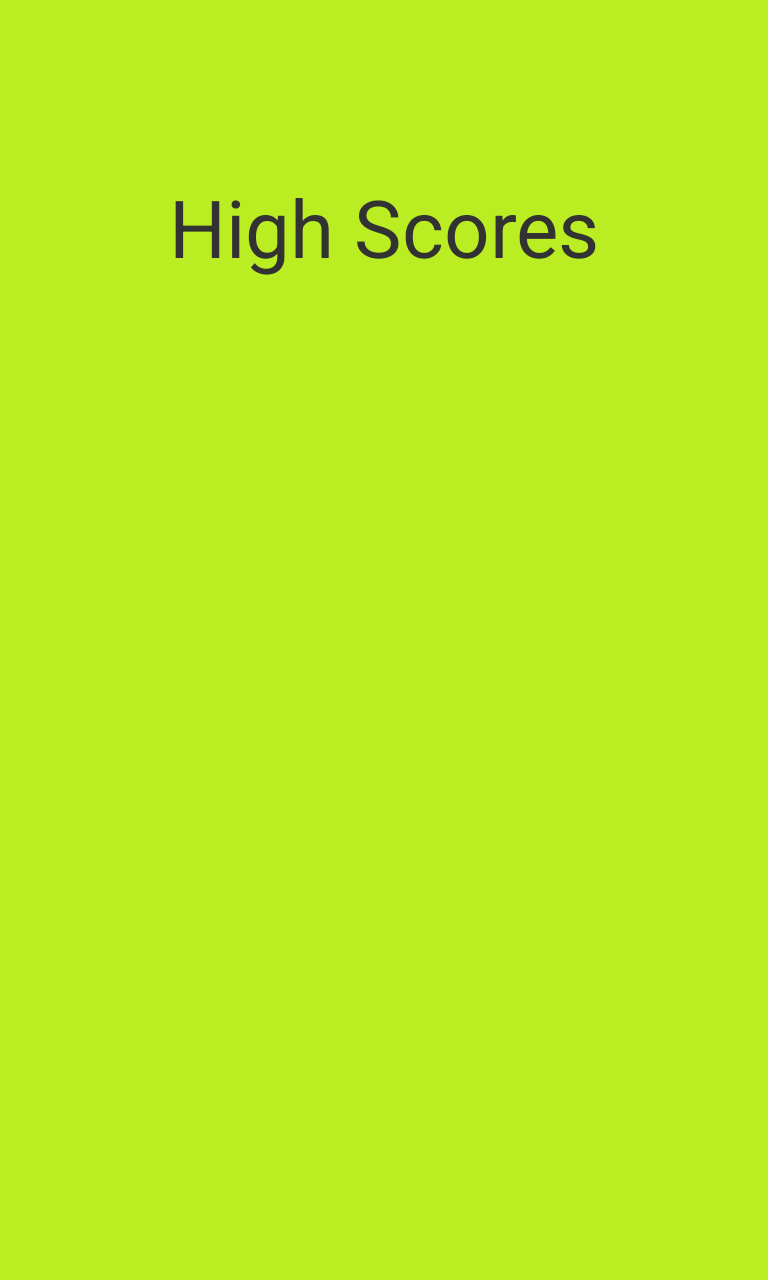
Repository: hoorncj-student/SuperSnakeOnline
Layout: SuperSnakeOnline/res/layout/activity_high_scores.xml
These files come from the project's save history. The layout is drawn as it stood at one moment and after the next save; the edit follows.
It is drawn on a 768 x 1280 px phone screen (xhdpi) without system bars, with theme AppTheme; the app's code is not run. Lists and similar views that code fills are empty.

Above is the layout before, as saved 2013-10-10 22:15:28.

After the next save:
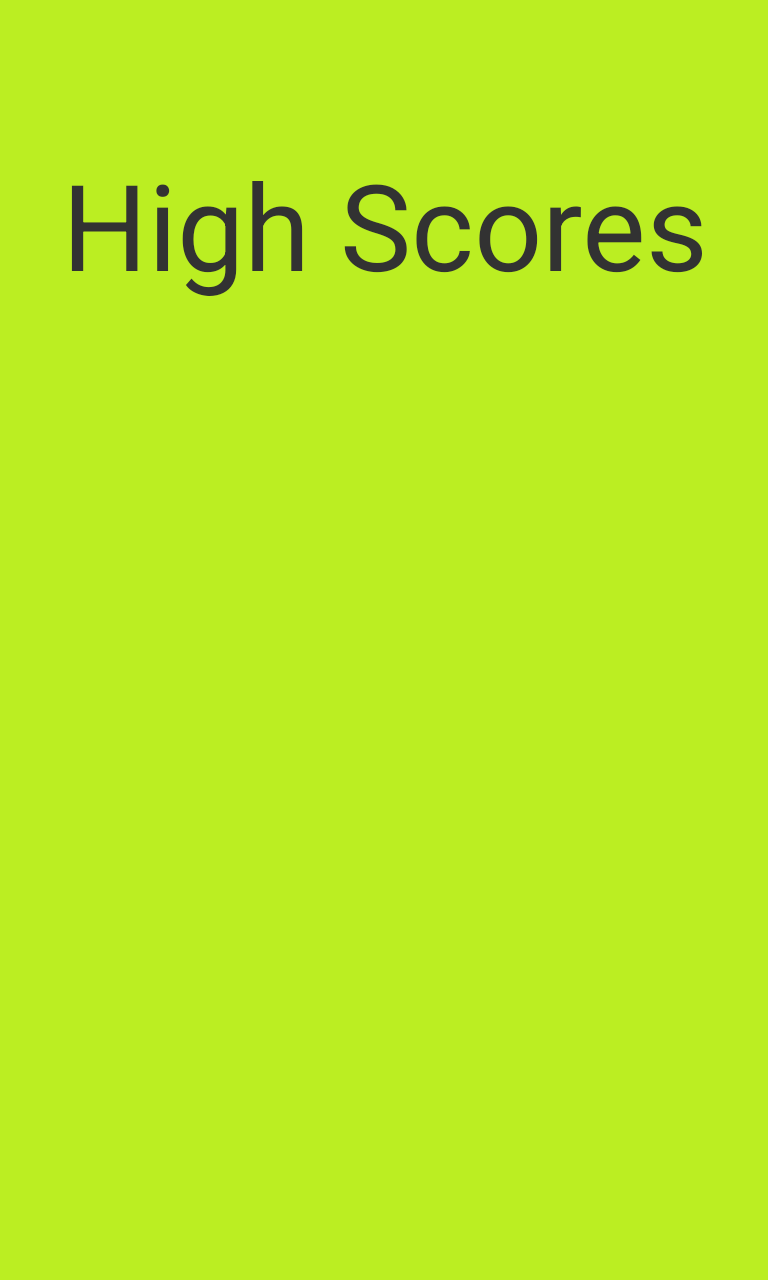
Saved 46 h 19 min later.
--- a/SuperSnakeOnline/res/layout/activity_high_scores.xml
+++ b/SuperSnakeOnline/res/layout/activity_high_scores.xml
@@ -16,7 +16,7 @@
         android:layout_height="0dp"
         android:layout_above="@+id/high_scores"
         android:text="@string/high_scores_button"
-        android:textSize="40sp"
+        android:textSize="60sp"
         android:gravity="center"
         android:layout_weight=".5"/>
 
@@ -27,7 +27,8 @@
         android:layout_alignParentBottom="true"
         android:layout_centerHorizontal="true"
         android:layout_marginBottom="23dp"
-        android:layout_weight="1">
+        android:layout_weight="1.02" >
+
 	</ListView>
 
 </LinearLayout>
